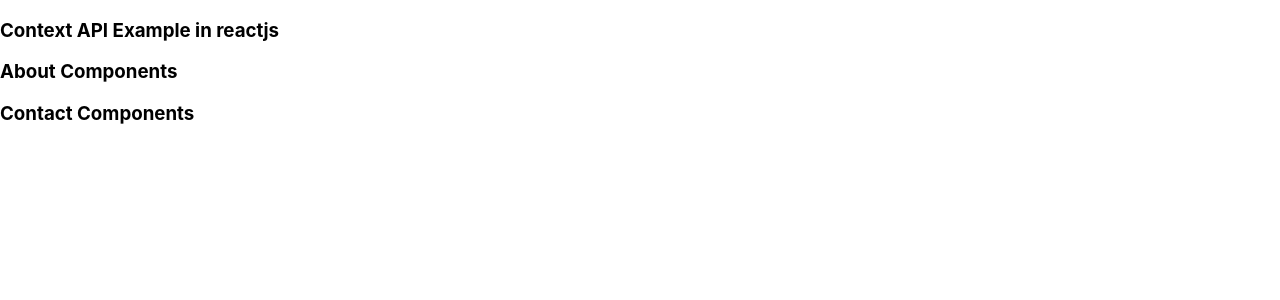
Repository: lalji-yadav/React-Context-API
Page: /
An editor plug-in stored every save of this project. The page is shown before and after the next save, followed by the edit.
The browser window is 1280 px wide. The pictures show the whole page.
The project was rebuilt for these pictures with package versions that can differ from the ones it lists, and the page was loaded fresh each time. Also part of the build but not shown: src/App.css, src/components/C.js, src/components/A.js, src/components/D.js, src/components/B.js.

Above is the page before, as saved 2021-02-10 17:50:59.

### src/App.js
import  React,{ useState } from 'react';
import './App.css';
import A from "./components/A";
import B from "./components/B";
import Home from "./context/home";


export const ThemeContext = React.createContext('light')

function App() {

  const [data, setData] = useState({
    name: "Lalji Yadav"
  })

  return (
    <div>
      <h3> Context API Example in reactjs  </h3>
      {/* <p> {data.name} </p>
      <p onClick={()=>setData({name: "Anubhav"})} >{data.name}</p>

      <A name="Yadav"/>

      <ThemeContext.Provider value="dark">
        <B />
      </ThemeContext.Provider> */}

      <ThemeContext.Provider value={data.name}>
        <Home />
      </ThemeContext.Provider>



    </div>
  );
}

export default App;

### src/context/home.js
import React, { Component } from 'react';
import About from "./about";


export const MyContext = React.createContext()

class Home extends Component {

    // constructor() {
    //     super();
    //    this.state={
    //         name:"Lalji Yadav Kamasin"
    //       }
    // }
    state={
        name:"Lalji Yadav Kamasin"
      }

    render() {
        return (
            <div>
               <MyContext.Provider name={this.state.name}>
                   <About />
                </MyContext.Provider>

            </div>
        );
    }
}

export default Home;

### src/context/about.js
import React, { Component } from 'react';
import Contact from "./contact";

class About extends Component {
    render() {
        return (
            <div>
                <h3> About Components </h3>
                <Contact />
            </div>
        );
    }
}

export default About;

### src/context/contact.js
import React, { Component } from 'react';
import { MyContext } from "./home";

class Contact extends Component {
    render() {
        return (
            <div>
                <h3> Contact Components </h3>
                <MyContext.Consumer>
                    {value=><h3>{value}</h3>}
                </MyContext.Consumer>
            </div>
        );
    }
}

export default Contact;

Loaded but not shown: public/index.html (common file); src/index.js (common file); src/index.css (common file); src/reportWebVitals.js (common file)

After the next save:
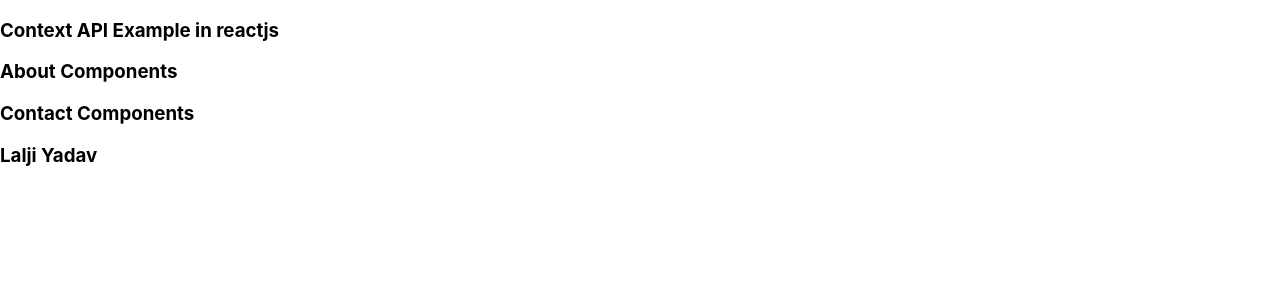
Saved 100 s later.
--- a/src/context/contact.js
+++ b/src/context/contact.js
@@ -1,14 +1,14 @@
 import React, { Component } from 'react';
-import { MyContext } from "./home";
+import { ThemeContext } from "../App";
 
 class Contact extends Component {
     render() {
         return (
             <div>
                 <h3> Contact Components </h3>
-                <MyContext.Consumer>
+                <ThemeContext.Consumer>
                     {value=><h3>{value}</h3>}
-                </MyContext.Consumer>
+                </ThemeContext.Consumer>
             </div>
         );
     }
